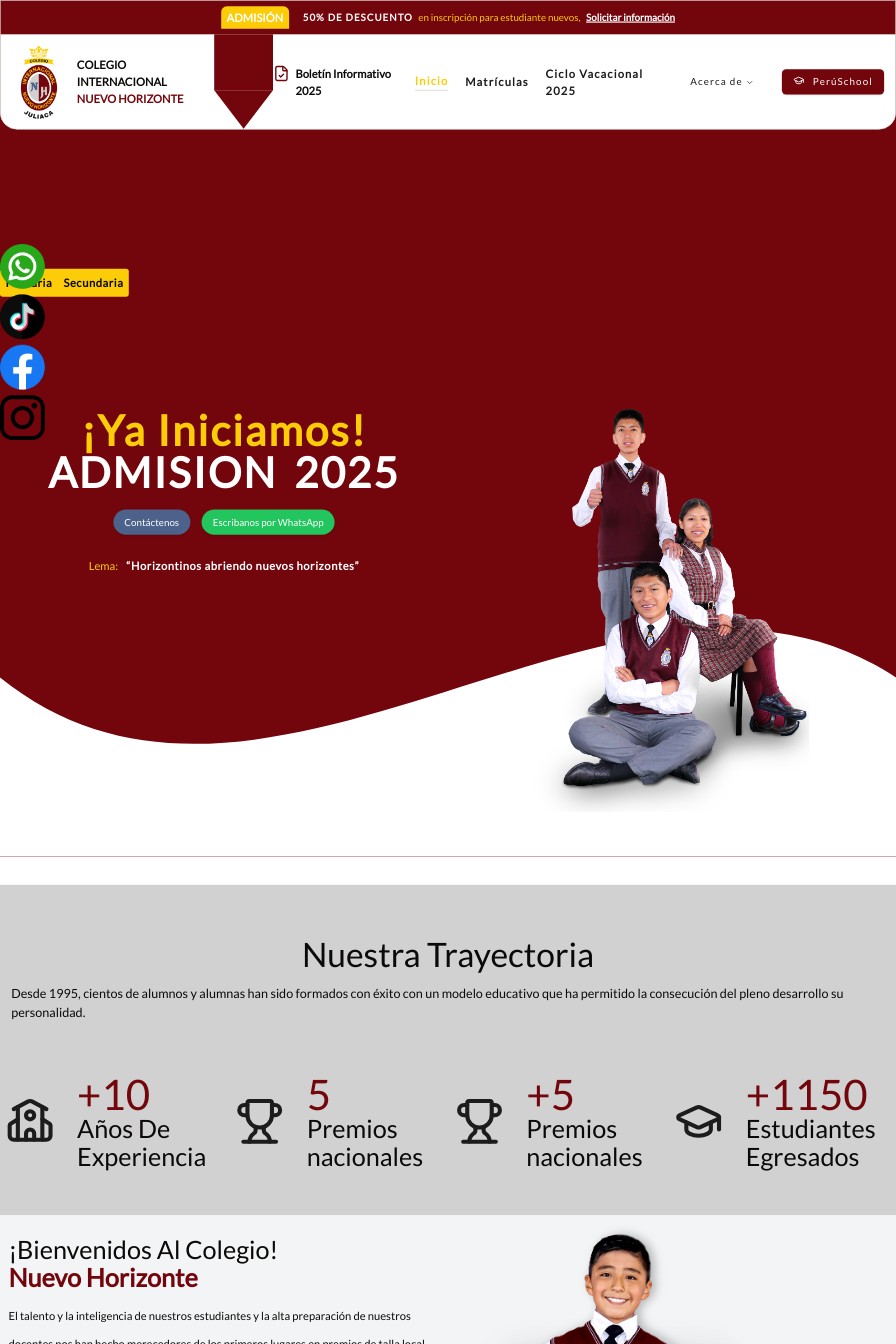
Repository: jefrydep/new_horizont_school
Page: /
These files come from the project's save history. The page is drawn as it stood at one moment and after the next save; the edit follows.
The browser window is 1280 px wide. The pictures show the part of the page from y = 0 to 1920 px (the page is 4982 px tall before and 4742 px after), at 70% of full size.
The project was rebuilt for these pictures with package versions that can differ from the ones it lists, and the page was loaded fresh each time. The framework's server and built-in components were replaced by stand-ins that run in the browser. Also part of the build but not shown: next.config.ts.

Above is the page before, as saved 2024-11-28 11:28:10.

### src/app/layout.tsx
import type { Metadata } from "next";
import "./globals.css";
import Navbar from "@/components/Navbar";
import Footer from "@/components/Footer";


import { Lato } from 'next/font/google'

const lato = Lato({
  weight: '400',
  subsets: ['latin'],
  display: 'swap',
})

export const metadata: Metadata = {
  title: "COLEGIO INTERNACIONAL NUEVO HORIZONTE - JULIACA",
  description: "el mejor colegio de JULIACA,Colegio internacional nuevo horizonte",
};

export default function RootLayout({
  children,
}: Readonly<{
  children: React.ReactNode;
}>) {
  return (
    <html lang="es">

      <body
        className={` ${lato.className} antialiased `}
      >

        <div className="">
          <Navbar />
        </div>
        <main className="   ">

          {children}
          <div className="flex flex-col fixed  bottom-2     z-50   sm:top-1/2  gap-2">
            <a href="https://wa.me/+51999070701?text=Me%20gustar%C3%ADa%20recibir%20m%C3%A1s%20informaci%C3%B3n%20sobre%20el%20proceso%20de%20matr%C3%ADcula,%20requisitos%20y%20fechas%20importantes.%20Agradecer%C3%ADa%20su%20orientaci%C3%B3n%20para%20poder%20completar%20mi%20inscripci%C3%B3n%20de%20manera%20adecuada.%0A%0AQuedo%20atento%20a%20su%20respuesta.%0A%0ASaludos%20cordiales,%0A" target="_blank">
              {/* Solicitar información */}
              <img src="/whatsapp.png" alt="" className=" animate-bounce h-11  sm:h-16" />
            </a>

            <a href="https://www.tiktok.com/@colegionuevohorizonte" target="_blank">
              {/* Solicitar información */}
              <img src="/tik-tok.png" alt="" className=" animate-bounce h-11  sm:h-16 " />
            </a>
            <a href="https://www.facebook.com/internuevohorizonte  " target="_blank">
              {/* Solicitar información */}
              <img src="/facebook.png" alt="" className=" animate-bounce h-11  sm:h-16 " />
            </a>
            <a href="https://www.instagram.com/colegionuevohorizonte" target="_blank">
              {/* Solicitar información */}
              <img src="/instagram.png" alt="" className=" animate-bounce h-11  sm:h-16" />
            </a>
          </div>
        </main>
        <Footer />
      </body>
    </html>
  );
}

### src/app/page.tsx
import Form from "@/components/Form";
import Hero from "@/components/Hero";
import Location from "@/components/Location";
import PresentationCard from "@/components/PresentationCard";
import RegisterCard from "@/components/RegisterCard";
import StudentCard from "@/components/StudentCard";
import TrajectoryCard from "@/components/TrajectoryCard";

export default function Home() {
  return (
    <div className="">
      <Hero colorWave="#fff" title="¡Ya Iniciamos!" subtitle="ADMISION" year="2025" />
      <TrajectoryCard />
      <PresentationCard title="¡Bienvenidos Al Colegio!" subtitle="Nuevo Horizonte" />
      <StudentCard title="Nuestro Estudiante Es:" />
      <RegisterCard title="Proceso De Matrícula 2025" />
      <Form />
      <Location/>
    </div>
  );
}

### src/app/globals.css
@tailwind base;
@tailwind components;
@tailwind utilities;

body {
  font-family: Arial, Helvetica, sans-serif;
}

@layer base {
  :root {
    --background: 0 0% 100%;
    --foreground: 20 14.3% 4.1%;
    --card: 0 0% 100%;
    --card-foreground: 20 14.3% 4.1%;
    --popover: 0 0% 100%;
    --popover-foreground: 20 14.3% 4.1%;
    --primary: 24 9.8% 10%;
    --primary-foreground: 60 9.1% 97.8%;
    --secondary: 60 4.8% 95.9%;
    --secondary-foreground: 24 9.8% 10%;
    --muted: 60 4.8% 95.9%;
    --muted-foreground: 25 5.3% 44.7%;
    --accent: 60 4.8% 95.9%;
    --accent-foreground: 24 9.8% 10%;
    --destructive: 0 84.2% 60.2%;
    --destructive-foreground: 60 9.1% 97.8%;
    --border: 20 5.9% 90%;
    --input: 20 5.9% 90%;
    --ring: 20 14.3% 4.1%;
    --chart-1: 12 76% 61%;
    --chart-2: 173 58% 39%;
    --chart-3: 197 37% 24%;
    --chart-4: 43 74% 66%;
    --chart-5: 27 87% 67%;
    --radius: 0.5rem;
  }
  .dark {
    --background: 20 14.3% 4.1%;
    --foreground: 60 9.1% 97.8%;
    --card: 20 14.3% 4.1%;
    --card-foreground: 60 9.1% 97.8%;
    --popover: 20 14.3% 4.1%;
    --popover-foreground: 60 9.1% 97.8%;
    --primary: 60 9.1% 97.8%;
    --primary-foreground: 24 9.8% 10%;
    --secondary: 12 6.5% 15.1%;
    --secondary-foreground: 60 9.1% 97.8%;
    --muted: 12 6.5% 15.1%;
    --muted-foreground: 24 5.4% 63.9%;
    --accent: 12 6.5% 15.1%;
    --accent-foreground: 60 9.1% 97.8%;
    --destructive: 0 62.8% 30.6%;
    --destructive-foreground: 60 9.1% 97.8%;
    --border: 12 6.5% 15.1%;
    --input: 12 6.5% 15.1%;
    --ring: 24 5.7% 82.9%;
    --chart-1: 220 70% 50%;
    --chart-2: 160 60% 45%;
    --chart-3: 30 80% 55%;
    --chart-4: 280 65% 60%;
    --chart-5: 340 75% 55%;
  }
}

@layer base {
  * {
    @apply border-border;
  }
  body {
    @apply bg-background text-foreground;
  }
}
@keyframes slideDown {
  0% {
    transform: translateY(-20px);
    opacity: 0;
  }
  100% {
    transform: translateY(0);
    opacity: 1;
  }
}

.animate-slide-down {
  animation: slideDown 1s ease-out forwards;
}

/* Animación con retraso para un efecto de secuencia */
.animate-slide-down-delay-1 {
  animation: slideDown 1s ease-out forwards;
  animation-delay: 0.3s; /* Retraso para el primer texto */
}

.animate-slide-down-delay-2 {
  animation: slideDown 1s ease-out forwards;
  animation-delay: 0.6s; /* Retraso para el segundo texto */
}

### src/components/Form.tsx
import { Button } from "./ui/button";
import { Input } from "./ui/input";

export default function Form() {
    return (
        // <div className="bg-[#73060c]">
        <div className="bg-gray-100  py-8">
            <div className="container pb-8 m-auto sm:w-[720px] shadow-2xl rounded-lg">
                <div className="py-4">
                    <h5 className="font-bold mb-4  text-title  text-5xl text-center">Contáctanos</h5>
                    <h4 className="font-bold text-4xl text-center text-subtitle">Solicite Información</h4>
                </div>
                <form action="" >


                    <div className="flex flex-col gap-7 p-3 ">
                        <div>

                            <Input placeholder="Dni" />
                        </div>
                        <div className="flex gap-6 flex-col sm:flex-row">

                            <Input placeholder="Nombres" />
                            <Input placeholder="Apellidos" />
                        </div>

                        <div className="flex gap-6 flex-col sm:flex-row">

                            <Input placeholder="Celular  " />
                            <Input placeholder="Correo Electrónico  " />
                        </div>
                        <div className="flex justify-center">
                            <Button className=" bg-green-500  w-full  sm:w-60  text-white"  >

                                Enviar
                            </Button>
                        </div>
                    </div>
                </form>




            </div>

        </div>
    )
}

### src/components/Hero.tsx
import { Button } from "./ui/button";

interface Props {
    title: string,
    subtitle: string;
    year?: string;
    img?: string;
    colorWave?: string;
}

export default function Hero({ title, subtitle, year, img, colorWave }: Props) {
    return (
        <div className=" bg-title  ">

            <section className="container m-auto pt-96">

                <div className="   flex justify-center w-full sm:w-min font-bold      px-2 py-2 tracking-wider rounded gap-4   bg-subtitle">
                    {/* <span>Inicial</span> */}
                    <span>Primaria</span>
                    <span>Secundaria</span>
                </div>


                {/* Contenedor con la imagen, texto y botones */}
                <div className="    flex flex-col sm:flex-row pt-24   sm:pt-40 relative">


                    <div className="   flex flex-col items-center sm:w-[50%] text-center px-4">

                        <h1 className=" animate-slide-down-delay-2   text-4xl sm:text-6xl font-bold text-[#fbcc07] tracking-wider">
                            {title}
                            <br />
                            <div>
                                <span className="text-white">{subtitle}</span>
                                <span className="text-white ml-6">{year}</span>
                            </div>
                        </h1>

                        <div className="flex justify-center z-40  duration-75 text-white font-bold gap-4 mt-6">
                            <Button className="rounded-3xl">
                                <a href="https://wa.me/+51999070701?text=Me%20gustar%C3%ADa%20recibir%20m%C3%A1s%20informaci%C3%B3n%20sobre%20el%20proceso%20de%20matr%C3%ADcula,%20requisitos%20y%20fechas%20importantes.%20Agradecer%C3%ADa%20su%20orientaci%C3%B3n%20para%20poder%20completar%20mi%20inscripci%C3%B3n%20de%20manera%20adecuada.%0A%0AQuedo%20atento%20a%20su%20respuesta.%0A%0ASaludos%20cordiales,%0A" target="_blank">
                                    Contáctenos
                                </a>
                            </Button>
                            <Button className="bg-green-500  hover:bg-green-600 rounded-3xl">
                                <a href="https://wa.me/+51999070701?text=Me%20gustar%C3%ADa%20recibir%20m%C3%A1s%20informaci%C3%B3n%20sobre%20el%20proceso%20de%20matr%C3%ADcula,%20requisitos%20y%20fechas%20importantes.%20Agradecer%C3%ADa%20su%20orientaci%C3%B3n%20para%20poder%20completar%20mi%20inscripci%C3%B3n%20de%20manera%20adecuada.%0A%0AQuedo%20atento%20a%20su%20respuesta.%0A%0ASaludos%20cordiales,%0A" target="_blank">
                                    Escribanos por WhatsApp
                                </a>
                            </Button>
                        </div>
                        <div className="flex gap-3 mt-8">
                            <h5 className="text-subtitle ">
                                Lema:
                            </h5>
                            <b className="tracking-wider text-white">“Horizontinos abriendo nuevos horizontes”</b>
                        </div>
                    </div>

                    {/* Imagen */}
                    <div className=" w-full  flex justify-center sm:w-[50%] z-10">
                        <img
                            src={img ? img : '/SECUNDARIA.png'}
                            alt="Imagen principal"
                            className=" h-[25rem] sm:h-[36rem]       "

                        />
                    </div>
                    <div className="absolute bottom-0 sm:hidden w-full h-16">
                        <svg
                            className="absolute bottom-0 left-0 w-full"
                            viewBox="0 0 500 150"
                            preserveAspectRatio="none"
                        >
                            <path
                                d="M0.00,49.98 C149.54,170.23 349.20,-49.98 500.00,49.98 L500.00,150.00 L0.00,150.00 Z"
                                fill={colorWave ? colorWave : "#1c1c1c"} // Color de la ola (puedes usar cualquier color)
                            ></path>
                        </svg>
                    </div>
                </div>

                {/* La ola (wave) en la parte inferior */}
            </section>
            <div className="relative hidden sm:block  w-full h-16">
                <svg
                    className="absolute bottom-0 left-0 w-full"
                    viewBox="0 0 500 150"
                    preserveAspectRatio="none"
                >
                    <path
                        d="M0.00,49.98 C149.54,170.23 349.20,-49.98 500.00,49.98 L500.00,150.00 L0.00,150.00 Z"
                        // fill="#73060C" // Color de la ola (puedes usar cualquier color)
                        fill={colorWave ? colorWave : "#1c1c1c"} // Color de la ola (puedes usar cualquier color)
                    ></path>
                </svg>
            </div>

        </div>
    );
}

### src/components/Location.tsx

export default function Location() {
    return (
        <div className='w-full container m-auto bg-red-400'>
            {/* <iframe src="https://www.google.com/maps/embed?pb=!1m18!1m12!1m3!1d3844.9316625787906!2d-70.12231792745375!3d-15.488107585110283!2m3!1f0!2f0!3f0!3m2!1i1024!2i768!4f13.1!3m3!1m2!1s0x9167f3956c2bda63%3A0x64c4524617e0482a!2sColegio%20Nuevo%20Horizonte!5e0!3m2!1ses-419!2spe!4v1731094832258!5m2!1ses-419!2spe" width="600" height="450" style="border:0;" allowfullscreen="" loading="lazy" referrerpolicy="no-referrer-when-downgrade"></iframe> */}
            <iframe src="https://www.google.com/maps/embed?pb=!1m18!1m12!1m3!1d3844.9316625787906!2d-70.12231792745375!3d-15.488107585110283!2m3!1f0!2f0!3f0!3m2!1i1024!2i768!4f13.1!3m3!1m2!1s0x9167f3956c2bda63%3A0x64c4524617e0482a!2sColegio%20Nuevo%20Horizonte!5e0!3m2!1ses-419!2spe!4v1731094832258!5m2!1ses-419!2spe" width="100%" height="450"   loading="lazy"  ></iframe>
        </div>
    )
}

### src/components/StudentCard.tsx
import { Check } from "lucide-react";
const student = [
    {
        id: 1,
        profile: "Puntual"
    },
    {
        id: 2,
        profile: "Respetuoso"
    },
    {
        id: 3,
        profile: "Responsable"
    },
    {
        id: 4,
        profile: "Honesto"
    },

]
interface Props {
    title: string;

}
export default function StudentCard({ title }: Props) {
    return (
        <div className="bg-[#fbcc07] pt-8">

            <h4 className="text-4xl  text-title text-center font-bold">{title}</h4>
            <div className="container grid  grid-cols-1 sm:grid-cols-2   m-auto p-3">
                <div>
                    <img src="/LABORATORIO.png" alt="nivel primaria" className="h-[23rem] sm:h-[33rem]" />
                </div>
                <div className="  w-full ">
                    {/* <h4 className="text-4xl">{subtitle}</h4> */}
                    <div className="leading-10 text-base mt-4">
                        {student.map(student => (



                            <span key={student.id} className="flex   items-center">
                                <Check />
                                <p className="ml-3">
                                    {student.profile}
                                </p>
                            </span>
                        ))}

                    </div>

                </div>


            </div>
        </div>
    )
}

### src/components/ui/button.tsx
import * as React from "react"
import { Slot } from "@radix-ui/react-slot"
import { cva, type VariantProps } from "class-variance-authority"

import { cn } from "@/lib/utils"

const buttonVariants = cva(
  "inline-flex items-center justify-center gap-2 whitespace-nowrap rounded-md text-sm font-medium transition-colors focus-visible:outline-none focus-visible:ring-1 focus-visible:ring-ring disabled:pointer-events-none disabled:opacity-50 [&_svg]:pointer-events-none [&_svg]:size-4 [&_svg]:shrink-0",
  {
    variants: {
      variant: {
        default:
          "bg-primary text-primary-foreground shadow hover:bg-primary/90",
        destructive:
          "bg-destructive text-destructive-foreground shadow-sm hover:bg-destructive/90",
        outline:
          "border border-input bg-background shadow-sm hover:bg-accent hover:text-accent-foreground",
        secondary:
          "bg-secondary text-secondary-foreground shadow-sm hover:bg-secondary/80",
        ghost: "hover:bg-accent hover:text-accent-foreground",
        link: "text-primary underline-offset-4 hover:underline",
      },
      size: {
        default: "h-9 px-4 py-2",
        sm: "h-8 rounded-md px-3 text-xs",
        lg: "h-10 rounded-md px-8",
        icon: "h-9 w-9",
      },
    },
    defaultVariants: {
      variant: "default",
      size: "default",
    },
  }
)

export interface ButtonProps
  extends React.ButtonHTMLAttributes<HTMLButtonElement>,
    VariantProps<typeof buttonVariants> {
  asChild?: boolean
}

const Button = React.forwardRef<HTMLButtonElement, ButtonProps>(
  ({ className, variant, size, asChild = false, ...props }, ref) => {
    const Comp = asChild ? Slot : "button"
    return (
      <Comp
        className={cn(buttonVariants({ variant, size, className }))}
        ref={ref}
        {...props}
      />
    )
  }
)
Button.displayName = "Button"

export { Button, buttonVariants }

### src/components/ui/input.tsx
import * as React from "react"

import { cn } from "@/lib/utils"

const Input = React.forwardRef<HTMLInputElement, React.ComponentProps<"input">>(
  ({ className, type, ...props }, ref) => {
    return (
      <input
        type={type}
        className={cn(
          "flex h-9 w-full rounded-md border  border-title bg-transparent  px-3 py-1 text-base shadow-sm transition-colors file:border-0 file:bg-transparent file:text-sm file:font-medium file:text-foreground placeholder:text-muted-foreground focus-visible:outline-none focus-visible:ring-1 focus-visible:ring-ring disabled:cursor-not-allowed disabled:opacity-50 md:text-sm",
          className
        )}
        ref={ref}
        {...props}
      />
    )
  }
)
Input.displayName = "Input"

export { Input }

### src/components/ui/accordion.tsx
"use client"

import * as React from "react"
import * as AccordionPrimitive from "@radix-ui/react-accordion"
import { ChevronDown } from "lucide-react"

import { cn } from "@/lib/utils"

const Accordion = AccordionPrimitive.Root

const AccordionItem = React.forwardRef<
  React.ElementRef<typeof AccordionPrimitive.Item>,
  React.ComponentPropsWithoutRef<typeof AccordionPrimitive.Item>
>(({ className, ...props }, ref) => (
  <AccordionPrimitive.Item
    ref={ref}
    className={cn("border-b", className)}
    {...props}
  />
))
AccordionItem.displayName = "AccordionItem"

const AccordionTrigger = React.forwardRef<
  React.ElementRef<typeof AccordionPrimitive.Trigger>,
  React.ComponentPropsWithoutRef<typeof AccordionPrimitive.Trigger>
>(({ className, children, ...props }, ref) => (
  <AccordionPrimitive.Header className="flex">
    <AccordionPrimitive.Trigger
      ref={ref}
      className={cn(
        "flex flex-1 items-center justify-between py-4 text-sm font-medium transition-all hover:underline text-left [&[data-state=open]>svg]:rotate-180",
        className
      )}
      {...props}
    >
      {children}
      <ChevronDown className="h-4 w-4 shrink-0 text-muted-foreground transition-transform duration-200" />
    </AccordionPrimitive.Trigger>
  </AccordionPrimitive.Header>
))
AccordionTrigger.displayName = AccordionPrimitive.Trigger.displayName

const AccordionContent = React.forwardRef<
  React.ElementRef<typeof AccordionPrimitive.Content>,
  React.ComponentPropsWithoutRef<typeof AccordionPrimitive.Content>
>(({ className, children, ...props }, ref) => (
  <AccordionPrimitive.Content
    ref={ref}
    className="overflow-hidden text-sm data-[state=closed]:animate-accordion-up data-[state=open]:animate-accordion-down"
    {...props}
  >
    <div className={cn("pb-4 pt-0", className)}>{children}</div>
  </AccordionPrimitive.Content>
))
AccordionContent.displayName = AccordionPrimitive.Content.displayName

export { Accordion, AccordionItem, AccordionTrigger, AccordionContent }

### tailwind.config.ts
import type { Config } from "tailwindcss";

export default {
	darkMode: ["class"],
	content: [
		"./src/pages/**/*.{js,ts,jsx,tsx,mdx}",
		"./src/components/**/*.{js,ts,jsx,tsx,mdx}",
		"./src/app/**/*.{js,ts,jsx,tsx,mdx}",
	],
	theme: {
    	extend: {
    		colors: {
    			background: 'hsl(var(--background))',
    			foreground: 'hsl(var(--foreground))',
    			card: {
    				DEFAULT: 'hsl(var(--card))',
    				foreground: 'hsl(var(--card-foreground))'
    			},
    			popover: {
    				DEFAULT: 'hsl(var(--popover))',
    				foreground: 'hsl(var(--popover-foreground))'
    			},
    			primary: {
    				DEFAULT: '#4c628a'
    			},
    			secondary: {
    				DEFAULT: '#1c1c1c'
    			},
    			backgroundGray: {
    				DEFAULT: '#d1d1d1'
    			},
				title:{
					DEFAULT:"#73060C"
				},
				subtitle:{
					DEFAULT:"#fbcc07"
				},
    			muted: {
    				DEFAULT: 'hsl(var(--muted))',
    				foreground: 'hsl(var(--muted-foreground))'
    			},
    			accent: {
    				DEFAULT: 'hsl(var(--accent))',
    				foreground: 'hsl(var(--accent-foreground))'
    			},
    			destructive: {
    				DEFAULT: 'hsl(var(--destructive))',
    				foreground: 'hsl(var(--destructive-foreground))'
    			},
    			border: 'hsl(var(--border))',
    			input: 'hsl(var(--input))',
    			ring: 'hsl(var(--ring))',
    			chart: {
    				'1': 'hsl(var(--chart-1))',
    				'2': 'hsl(var(--chart-2))',
    				'3': 'hsl(var(--chart-3))',
    				'4': 'hsl(var(--chart-4))',
    				'5': 'hsl(var(--chart-5))'
    			}
    		},
    		borderRadius: {
    			lg: 'var(--radius)',
    			md: 'calc(var(--radius) - 2px)',
    			sm: 'calc(var(--radius) - 4px)'
    		},
    		keyframes: {
    			'accordion-down': {
    				from: {
    					height: '0'
    				},
    				to: {
    					height: 'var(--radix-accordion-content-height)'
    				}
    			},
    			'accordion-up': {
    				from: {
    					height: 'var(--radix-accordion-content-height)'
    				},
    				to: {
    					height: '0'
    				}
    			}
    		},
    		animation: {
    			'accordion-down': 'accordion-down 0.2s ease-out',
    			'accordion-up': 'accordion-up 0.2s ease-out'
    		}
    	}
    },
	plugins: [require("tailwindcss-animate")],
} satisfies Config;

Loaded but not shown: src/lib/utils.ts (common file); src/app/data/data.ts (459 lines, source omitted); src/components/Navbar.tsx (260 lines, source omitted); src/components/RegisterCard.tsx (178 lines, source omitted); src/components/ui/navigation-menu.tsx (128 lines, source omitted); src/components/ui/sheet.tsx (140 lines, source omitted); src/components/Footer.tsx (97 lines, source omitted); src/components/TrajectoryCard.tsx (65 lines, source omitted); src/components/PresentationCard.tsx (66 lines, source omitted)

After the next save:
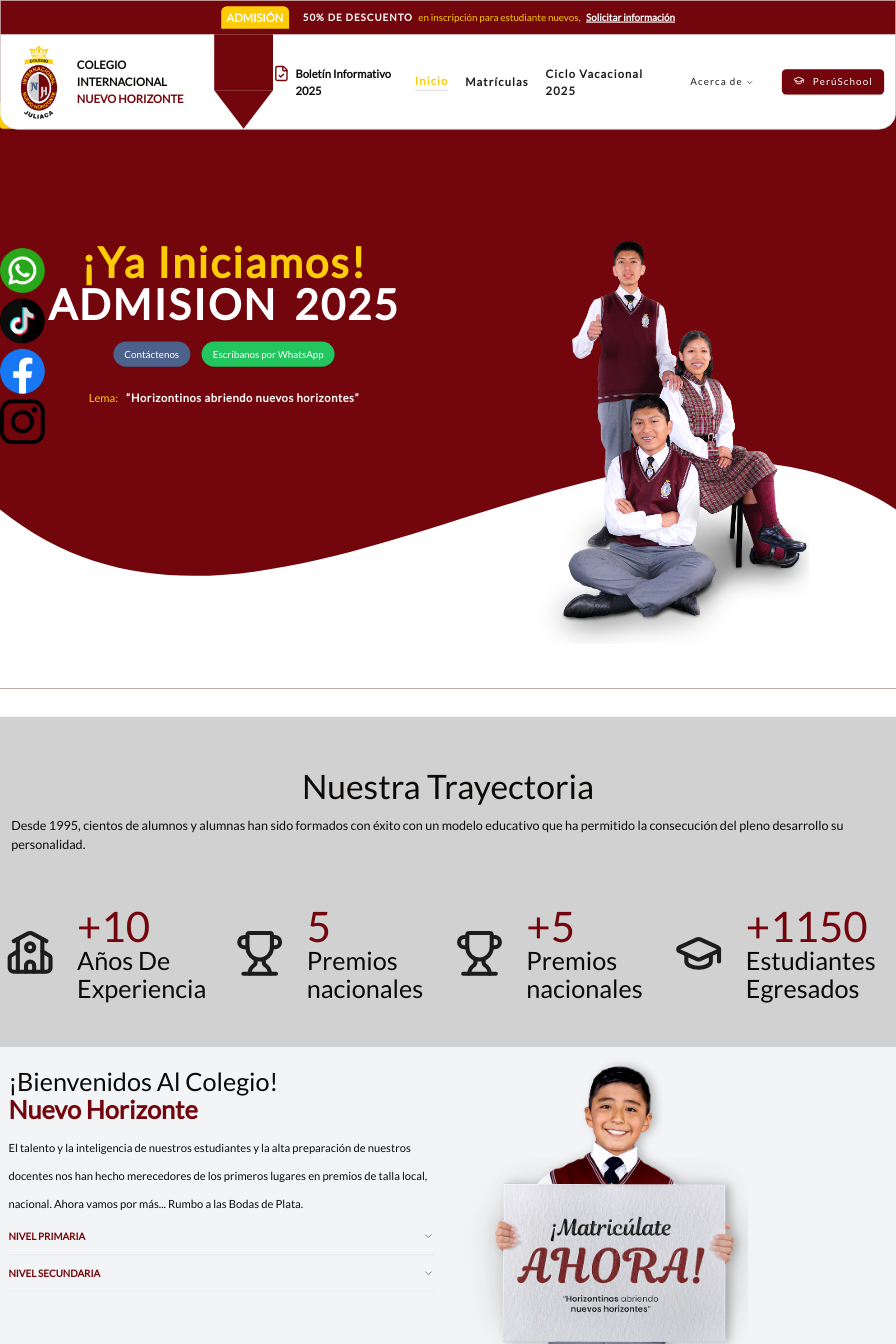
Saved 12 s later.
--- a/src/components/Hero.tsx
+++ b/src/components/Hero.tsx
@@ -12,7 +12,7 @@ export default function Hero({ title, subtitle, year, img, colorWave }: Props) {
     return (
         <div className=" bg-title  ">
 
-            <section className="container m-auto pt-96">
+            <section className="container m-auto pt-36">
 
                 <div className="   flex justify-center w-full sm:w-min font-bold      px-2 py-2 tracking-wider rounded gap-4   bg-subtitle">
                     {/* <span>Inicial</span> */}
